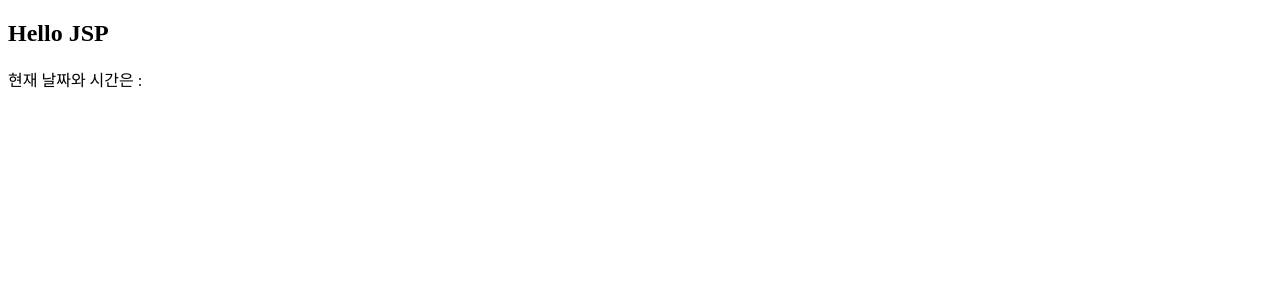
Repository: seminocoe/JSP_STUDY
Page: http://localhost/ServletProject/sample/Hello.jsp
An editor plug-in stored every save of this project. The page is shown before and after the next save, followed by the edit.
The browser window is 1280 px wide. The pictures show the whole page.
The page is served by Tomcat 9. Nobody is signed in. The application's start-up code is not run.

Above is the page before, as saved 2022-08-01 02:20:56.

After the next save:
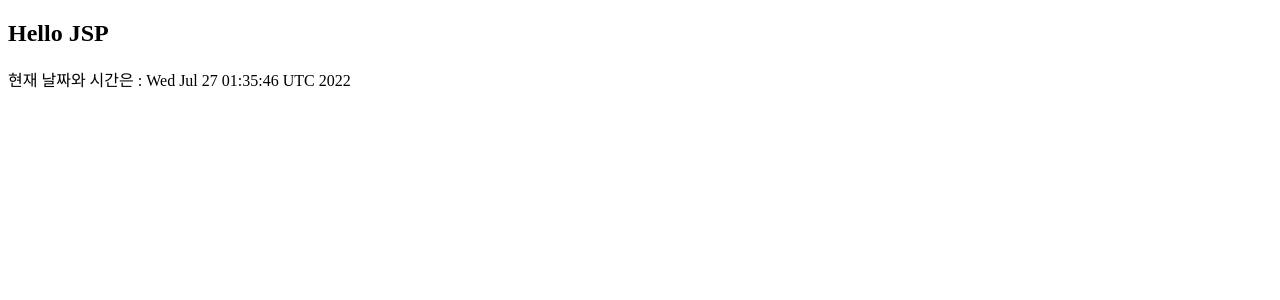
Saved 57 s later.
--- a/ServletProject/src/main/webapp/sample/Hello.jsp
+++ b/ServletProject/src/main/webapp/sample/Hello.jsp
@@ -8,7 +8,7 @@
 </head>
 <body>
 <h2>Hello JSP</h2>
-	현재 날짜와 시간은 :
+	현재 날짜와 시간은 : <%=new java.util.Date() %>
 
 </body>
 </html>
